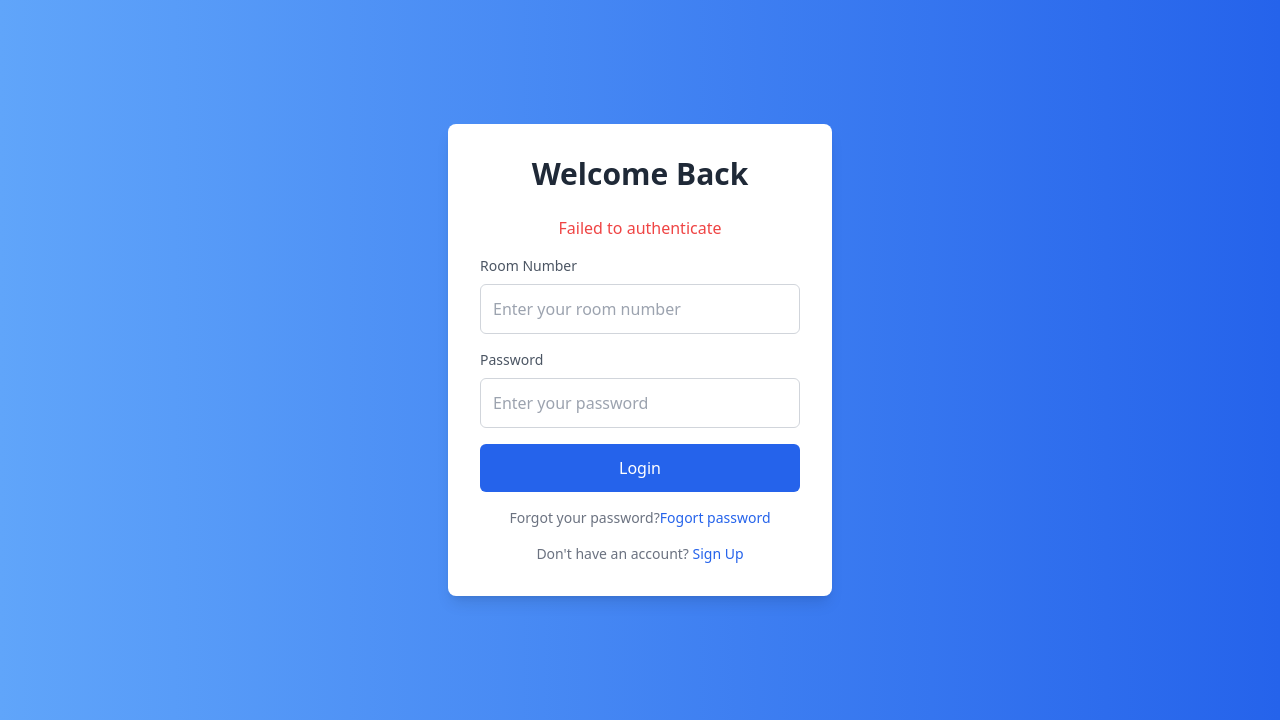
Repository: makanda596/system
Page: / (app in client/)
An editor plug-in stored every save of this project. The page is shown before and after the next save, followed by the edit.
The browser window is 1280 px wide. The pictures show the whole page.
The page's requests for data from a server got no answer. The project was rebuilt for these pictures with package versions that can differ from the ones it lists, and the page was loaded fresh each time. No one was signed in, and anything a server would have sent is missing. Also part of the build but not shown: client/src/componets/Hero.jsx, client/src/componets/Navbar.jsx, client/src/componets/Footer.jsx, client/src/Home.jsx, client/src/SignUpForm.jsx, client/src/Pages/Dashboard.jsx, client/src/Pages/Payments.jsx, client/src/Pages/Settings.jsx and 6 more. Imported but missing from the stored project, and not drawn on this page: client/src/reportWebVitals.

Above is the page before, as saved 2024-12-10 17:46:06.

### client/src/App.js
import React, { useEffect } from 'react';
import { BrowserRouter as Router, Route, Routes, Navigate } from 'react-router-dom';
import Home from './Home.jsx';
import SignUpForm from './SignUpForm.jsx';
import LoginForm from './LoginForm.jsx';
import Dashboard from './Pages/Dashboard.jsx';
import Payments from './Pages/Payments.jsx';
import Settings from './Pages/Settings.jsx';
import Alert from './Pages/Alert.jsx';
import AdminDashboard from './Pages/AdminDashboard.jsx';
import Adminlogin from './Adminlogin.jsx';
import Forgotpassword from './Pages/Forgotpassword.jsx';
import EmailVerification from './Pages/EmailVerificationPage.jsx';
import Resetpassword from './Pages/Resetpassword.jsx';
import { useAuthStore } from '../src/store/authStore.js';

// Protect routes that require authentication
const ProtectedRoute = ({ children }) => {
  const { isAuthenticated, user } = useAuthStore();

  if (!isAuthenticated) {
    return <Navigate to="/" replace />;
  }

  if (!user?.isVerified) {
    return <Navigate to="/email-verification" replace />;
  }

  return children;
};

// Redirect authenticated users to the home page
const RedirectAuthenticatedUser = ({ children }) => {
  const { isAuthenticated, user } = useAuthStore();

  if (isAuthenticated && user?.isVerified) {
    return <Navigate to="/home" replace />;
  }

  return children;
};

function App() {
  const { isCheckingAuth, checkAuth } = useAuthStore();

  // Check authentication on app load
  useEffect(() => {
    checkAuth();
  }, [checkAuth]);

  // Show a loading spinner or placeholder while checking authentication
  if (isCheckingAuth) return <h1>loading ...</h1>


  return (
    <div>
      <Router>
        <Routes>
          {/* Public routes */}
          <Route
            path="/signup"
            element={
              <RedirectAuthenticatedUser>
                <SignUpForm />
              </RedirectAuthenticatedUser>
            }
          />
          <Route
            path="/"
            element={
              <RedirectAuthenticatedUser>
                <LoginForm />
              </RedirectAuthenticatedUser>
            }
          />
          <Route path="/adminlogin" element={<Adminlogin />} />
          <Route path="/forgotpassword" element={<Forgotpassword />} />
          <Route path="/email-verification" element={<EmailVerification />} />
          <Route path="/reset-password" element={<Resetpassword />} />

          {/* Protected routes */}
          <Route
            path="/home"
            element={
              <ProtectedRoute>
                <Home />
              </ProtectedRoute>
            }
          />
          <Route
            path="/dashboard"
            element={
              <ProtectedRoute>
                <Dashboard />
              </ProtectedRoute>
            }
          />
          <Route
            path="/payments"
            element={
              <ProtectedRoute>
                <Payments />
              </ProtectedRoute>
            }
          />
          <Route
            path="/settings"
            element={
              <ProtectedRoute>
                <Settings />
              </ProtectedRoute>
            }
          />
          <Route
            path="/alert"
            element={
              <ProtectedRoute>
                <Alert />
              </ProtectedRoute>
            }
          />
          <Route
            path="/admin"
            element={
              <ProtectedRoute>
                <AdminDashboard />
              </ProtectedRoute>
            }
          />

          {/* Catch-all route */}
          <Route path="*" element={<Navigate to="/" replace />} />
        </Routes>
      </Router>
    </div>
  );
}

export default App;

### client/src/LoginForm.jsx
import React, { useState } from 'react';
import { useAuthStore } from './store/authStore'
import { useNavigate } from 'react-router-dom'

function Login() {
    const [email, setEmail] = useState('');
    const [name, setName] = useState('');
    const [roomNumber, setRoomNumber] = useState('')
    const [password, setPassword] = useState('');
    const [moveIn, setmoveIn] = useState('');
    const [phone, setPhone] = useState('');
    const { login, error } = useAuthStore();
    const navigate = useNavigate()

    const handleLogin = async (e) => {
        e.preventDefault();
        try {
            await login(roomNumber, password)

            navigate('/home')
        } catch (error) {
            console.log(error.response ? error.response.data.message : 'Login failed');
        }
    };

    return (
        <div className="flex items-center justify-center h-screen bg-gradient-to-r from-blue-400 to-blue-600">
            <div className="bg-white p-8 rounded-lg shadow-lg w-96">
                <h2 className="text-3xl font-semibold text-center text-gray-800 mb-6">Welcome Back</h2>
                {error && <p className="text-red-500 text-center mb-4">{error}</p>}

                <form onSubmit={handleLogin} className="space-y-4">
                    <div>
                        <label className="block text-gray-600 text-sm font-medium mb-2">Room Number</label>
                        <input
                            type="text"
                            value={roomNumber}
                            onChange={(e) => setRoomNumber(e.target.value)}
                            placeholder="Enter your room number"
                            required
                            className="w-full p-3 border border-gray-300 rounded-md focus:outline-none focus:ring-2 focus:ring-blue-500"
                        />
                    </div>
                    <div>
                        <label className="block text-gray-600 text-sm font-medium mb-2">Password</label>
                        <input
                            type="password"
                            value={password}
                            onChange={(e) => setPassword(e.target.value)}
                            placeholder="Enter your password"
                            required
                            className="w-full p-3 border border-gray-300 rounded-md focus:outline-none focus:ring-2 focus:ring-blue-500"
                        />
                    </div>
                    <div className="flex justify-between items-center">
                        <button
                            type="submit"
                            className="w-full bg-blue-600 text-white p-3 rounded-md hover:bg-blue-700 focus:outline-none focus:ring-2 focus:ring-blue-500 transition"
                        >
                            Login
                        </button>
                    </div>
                </form>

                <div className="mt-4 text-center">
                    <p className="text-gray-500 text-sm">
                        Forgot your password?
                        <a href="/Forgotpassword" className="text-blue-600 hover:text-blue-700">
                            Fogort password
                        </a>
                    </p>
                </div>
                <div className="mt-4 text-center">
                    <p className="text-gray-500 text-sm">
                        Don't have an account?{' '}
                        <a href="/signup" className="text-blue-600 hover:text-blue-700">
                            Sign Up
                        </a>
                    </p>
                </div>
            </div>
        </div>
    );
}

export default Login;

### client/src/store/authStore.js
import { create } from 'zustand';
import axios from 'axios'

// const API_URL = process.env.MODE === "development" ? "http://localhost:5000/auth" : "/auth"
const API_URL = "http://localhost:5000/auth"

export const useAuthStore = create((set) => ({ //a one argument and a callback function
    user: null,
    isAuthenticated: false,
    isLoading: false,
    error: null,
    isCheckingAuth: true,
    message: null,

    //signup part
    signup: async (name, email, phone, roomNumber, moveIn, password) => {
        set({ isLoading: true, error: null })
        try {

            const response = await axios.post(`${API_URL}/signup`, { name, email, phone, roomNumber, moveIn, password }); //we sending this to the server
            set({ user: response.data.user, isAuthenticated: true, isLoading: false })//updatyes the state of the useAuthstore
        } catch (error) {
            set({ error: error.response.data.message || "Error signing up", isLoading: false });  // Error: show error message
            throw error;
        }
    },

    //login part
    login: async (roomNumber, password) => {
        set({ isLoading: true, error: null })
        try {
            const response = await axios.post("http://localhost:5000/auth/login", { roomNumber, password });
            localStorage.setItem("token", response.data.token);
            set({ user: response.data.user, isAuthenticated: true, error: null, isLoading: false })
        } catch (error) {
            set({ error: error.response.data.message || "Error signing up", isLoading: false });  // Error: show error message
            throw error;
        }
    },

    //logout part
    logout: async () => {
        try {
            await axios.post(`${API_URL}/logout`)
            set({ user: null, isAuthenticated: false, isCheckingAuth: false })
        } catch (error) {
            set({ error: error.response.data.message || "Error signing up", isLoading: false });  // Error: show error message
            throw error;
        }
    },

    //sending reset-password
    forgotPassword: async (email) => {
        set({ isLoading: true, error: null });
        try {
            const response = await axios.post(`${API_URL}/forgot-password`, { email });
            set({ message: response.data.message, isLoading: false });
        } catch (error) {
            set({
                isLoading: false,
                error: error.response.data.message || "Error sending reset password email",
            });
            throw error;
        }
    },

    //reset password
    resetPassword: async (token, password) => {
        try {
            const response = await axios.post(`${API_URL}/reset-password/${token}`, password);
            set({ message: response.data.message })
        } catch (error) {

        }
    },

    //verfy email
    verifyEmail: async (code) => {
        set({ isLoading: true, error: null });
        try {
            const response = await axios.post(`${API_URL}/verify-email`, { code })
            set({ user: response.data.user, isAuthenticated: true })
            return response.data;
        } catch (error) {

        }
    },

    //chechking authoticTED users
    checkAuth: async () => {
        set({ isCheckingAuth: true, error: null })
        try {
            const token = localStorage.getItem("token"); // Retrieve the token from local storage
            const response = await axios.get("http://localhost:5000/auth/check-auth", {
                headers: {
                    Authorization: `Bearer ${token}`, // Add the token to the Authorization header
                },
                withCredentials: true
            })
            set({ user: response.data.user, isAuthenticated: true, isCheckingAuth: false });
        } catch (error) {
            set({
                isAuthenticated: false,
                isCheckingAuth: false,
                error: error.response?.data?.message || "Failed to authenticate",
            });
        }
    }
}))



// //response.data.user== response.data.{
// user: {
//     email:smksnidn@gmail.com,
//     name:brian,
//     password:mdmd,
// }
// // }

Loaded but not shown: client/src/index.js (common file); client/src/index.css (common file); client/tailwind.config.js (common file)

After the next save:
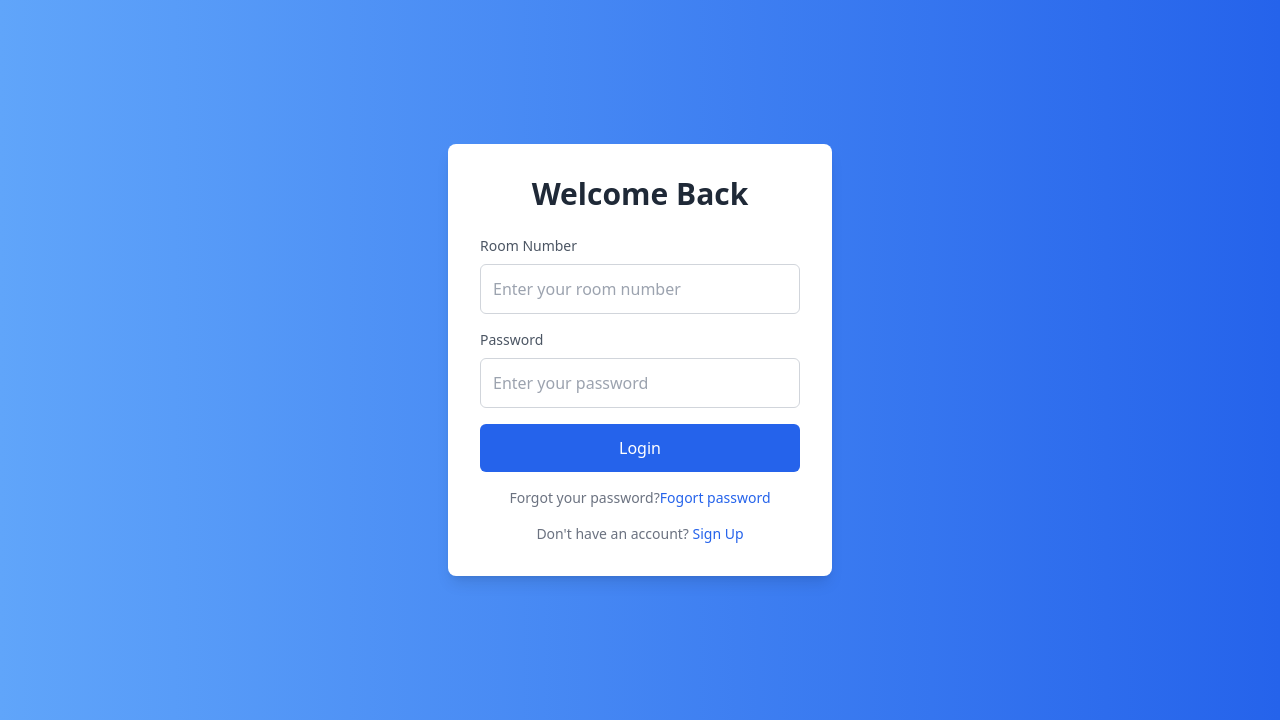
Saved 105 s later.
--- a/client/src/store/authStore.js
+++ b/client/src/store/authStore.js
@@ -99,12 +99,11 @@ export const useAuthStore = create((set) => ({ //a one argument and a callback f
             })
             set({ user: response.data.user, isAuthenticated: true, isCheckingAuth: false });
         } catch (error) {
-            set({
-                isAuthenticated: false,
-                isCheckingAuth: false,
-                error: error.response?.data?.message || "Failed to authenticate",
-            });
+            console.error("Error in checkAuth: ", error);
+            localStorage.removeItem("token"); // Clear invalid token
+            set({ isAuthenticated: false, isCheckingAuth: false });
         }
+
     }
 }))
 
